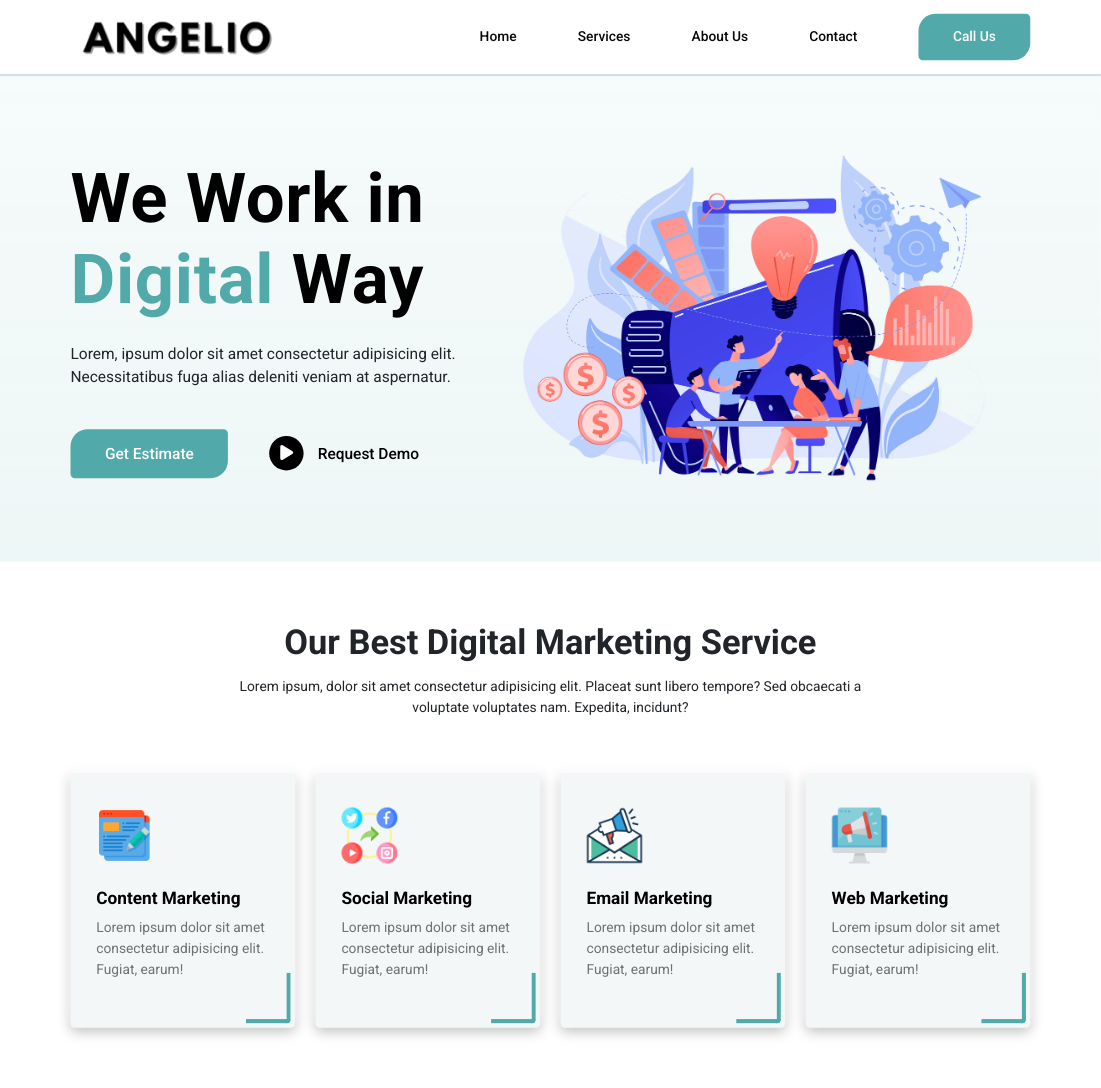
Repository: nazmulalok/landing-page-angelio
Page: index.html
An editor plug-in stored every save of this project. The page is shown before and after the next save, followed by the edit.
The browser window is 1280 px wide. The pictures show the whole page, at 86% of full size.

Above is the page before, as saved 2022-09-11 20:51:28.

### index.html
<!DOCTYPE html>
<html lang="en">

    <head>
        <meta charset="UTF-8">
        <meta http-equiv="X-UA-Compatible" content="IE=edge">
        <meta name="viewport" content="width=device-width, initial-scale=1.0">
        <title>Landing Page</title>
        <link rel="preconnect" href="https://fonts.googleapis.com">
        <link rel="preconnect" href="https://fonts.gstatic.com" crossorigin>
        <link rel="stylesheet" href="https://cdnjs.cloudflare.com/ajax/libs/font-awesome/6.2.0/css/all.min.css"
            integrity="sha512-xh6O/CkQoPOWDdYTDqeRdPCVd1SpvCA9XXcUnZS2FmJNp1coAFzvtCN9BmamE+4aHK8yyUHUSCcJHgXloTyT2A=="
            crossorigin="anonymous" referrerpolicy="no-referrer" />
        <link
            href="https://fonts.googleapis.com/css2?family=Roboto:ital,wght@0,300;0,400;0,500;0,700;0,900;1,300;1,400;1,500;1,700;1,900&display=swap"
            rel="stylesheet">
        <link href="https://cdn.jsdelivr.net/npm/bootstrap@5.2.0/dist/css/bootstrap.min.css" rel="stylesheet"
            integrity="sha384-gH2yIJqKdNHPEq0n4Mqa/HGKIhSkIHeL5AyhkYV8i59U5AR6csBvApHHNl/vI1Bx" crossorigin="anonymous">
        <link rel="stylesheet" href="style.css">
    </head>

    <body>
        <header>
            <nav>
                <div class="container">
                    <div class="row align-items-center">
                        <div class="col-lg-5">
                            <div class="logo">
                                <a href="/"><img src="images/angelio-logo.png" alt="Angelio Logo" width="250"
                                        height="66"></a>
                            </div>
                        </div>
                        <div class="col-lg-7 d-flex justify-content-end">
                            <ul>
                                <li><a href="/">Home</a></li>
                                <li><a href="/services.html">Services</a></li>
                                <li><a href="/about-us.html">About Us</a></li>
                                <li><a href="/contact.html">Contact</a></li>
                                <li class="nav-cta"><a href="tel:000-000-0000">Call Us</a></li>
                            </ul>
                        </div>
                    </div>
                </div>
            </nav>
        </header>
        <section class="sec-padding banner-sec">
            <div class="container">
                <div class="row align-items-center">
                    <div class="col-lg-7 order-lg-last">
                        <img src="images/angelio-digital-marketing.png" alt="">
                    </div>
                    <div class="col-lg-5">
                        <div class="large-heading">We Work in <span class="color-text">Digital</span> Way</div>
                        <p>Lorem, ipsum dolor sit amet consectetur adipisicing elit. Necessitatibus fuga alias deleniti
                            veniam at aspernatur.</p>
                        <div class="d-flex align-items-center mt-5"><a href="/contact-us" class="main-btn me-5">Get
                                Estimate</a>
                            <a href="/contact-us" class="play-btn"><i class="fas fa-play me-3"></i>Request Demo</a>
                        </div>
                    </div>
                </div>
            </div>
        </section>
        <section class="sec-padding">
            <div class="container">
                <div class="row justify-content-center">
                    <div class="col-md-8">
                        <div class="text-center">
                            <h1>
                                Our Best Digital Marketing Service
                            </h1>
                            <p>Lorem ipsum, dolor sit amet consectetur adipisicing elit. Placeat sunt
                                libero
                                tempore? Sed obcaecati a voluptate voluptates nam. Expedita, incidunt?</p>
                        </div>
                    </div>
                </div>
                <div class="row align-items-center mt-5">
                    <div class="col-lg-3">
                        <div class="service-box">
                            <div class="service-icon">
                                <img src="images/content-marketing.png" alt="Content Marketing">
                            </div>
                            <div class="service-content">
                                <a href="#">Content Marketing</a>
                                <p>Lorem ipsum dolor sit amet consectetur adipisicing elit. Fugiat, earum!</p>
                            </div>
                        </div>
                    </div>
                    <div class="col-lg-3">
                        <div class="service-box">
                            <div class="service-icon">
                                <img src="images/social-marketing.png" alt="Social Marketing">
                            </div>
                            <div class="service-content">
                                <a href="#">Social Marketing</a>
                                <p>Lorem ipsum dolor sit amet consectetur adipisicing elit. Fugiat, earum!</p>
                            </div>
                        </div>
                    </div>
                    <div class="col-lg-3">
                        <div class="service-box">
                            <div class="service-icon">
                                <img src="images/email-marketing.png" alt="Email Marketing">
                            </div>
                            <div class="service-content">
                                <a href="#">Email Marketing</a>
                                <p>Lorem ipsum dolor sit amet consectetur adipisicing elit. Fugiat, earum!</p>
                            </div>
                        </div>
                    </div>
                    <div class="col-lg-3">
                        <div class="service-box">
                            <div class="service-icon">
                                <img src="images/web-marketing.png" alt="Web Marketing">
                            </div>
                            <div class="service-content">
                                <a href="#">Web Marketing</a>
                                <p>Lorem ipsum dolor sit amet consectetur adipisicing elit. Fugiat, earum!</p>
                            </div>
                        </div>
                    </div>
                </div>
            </div>
        </section>


        <script src="https://cdn.jsdelivr.net/npm/bootstrap@5.2.0/dist/js/bootstrap.bundle.min.js"
            integrity="sha384-A3rJD856KowSb7dwlZdYEkO39Gagi7vIsF0jrRAoQmDKKtQBHUuLZ9AsSv4jD4Xa"
            crossorigin="anonymous"></script>
    </body>

</html>

### style.css
:root {
    --primary-color: #52a9a9;
    --secondary-color: #000000;
    --main-font: 'Roboto', sans-serif;
}

body {
    font-family: var(--main-font);
}

nav {
    padding: 10px 0px;
    box-shadow: 0 1px 1px 1px #14477e2b;
}

nav ul {
    list-style-type: none;
    display: flex;
    justify-content: flex-end;
    margin: 0;
    padding: 0;
    align-items: center;
    gap: 20%;
    white-space: nowrap;
}

nav ul li a {
    color: #080808;
    text-decoration: none;
    display: block;
    position: relative;
    font-weight: 500;
}

nav ul li a:hover {
    color: #52a9a9;
}

li.nav-cta a {
    background: #008080ad;
    padding: 15px 40px;
    color: #fff;
    border-radius: 20px 5px;
    transition: all 0.3s ease;
}

li.nav-cta a:hover {
    background: #000;
    color: #fff;
    border-radius: 5px 20px;
    transition: all 0.3s ease;
}

li.nav-cta a:before {
    content: "";
    width: 0%;
    height: 0px;
    position: absolute;
    left: 0;
    bottom: 0;
    transition: none;
    transform: none;
    background: none;
    transform-origin: 0%;
}

li.nav-cta a:hover:before {
    transform: none;
    transform-origin: 0%;
}

nav ul li a:before {
    content: "";
    width: 100%;
    height: 2px;
    position: absolute;
    left: 0;
    bottom: 0;
    transition: 0.4s transform ease;
    transform: scale3d(0, 1, 1);
    background: #52a9a9;
    transform-origin: 100% 50%;
}

nav ul li a:hover::before {
    transform: scale3d(1, 1, 1);
    transform-origin: 0 50%;
}

.sec-padding {
    padding: 70px 0px;
}

.banner-sec {
    background-image: linear-gradient(rgb(82 169 169 / 5%), rgb(82 169 169 / 10%));
    background-size: cover;
    background-position: center;
}

.banner-sec img {
    width: 100%;
}

.large-heading {
    font-size: 80px;
    color: #000;
    font-weight: 600;
    letter-spacing: 0.8px;
    line-height: normal;
    margin-bottom: 25px;
}

.banner-sec p {
    font-size: 18px;
}

.color-text {
    color: var(--primary-color);
}

a.main-btn {
    color: #fff;
    background: #52a9a9;
    padding: 15px 40px;
    font-weight: 500;
    font-size: 18px;
    text-decoration: none;
    border-radius: 20px 5px;
    transition: all 0.3s ease;
}

a.main-btn:hover {
    background: #000;
    color: #fff;
    border-radius: 5px 20px;
    transition: all 0.3s ease;
}

a.play-btn {
    display: inline-flex;
    align-items: center;
    justify-content: center;
    color: #000;
    text-decoration: none;
    font-weight: 500;
    font-size: 18px;
}

.play-btn .fa-play {
    width: 40px;
    height: 40px;
    color: #fff;
    font-size: 20px;
    background: #000;
    display: inline-flex;
    align-items: center;
    justify-content: center;
    border-radius: 50%;
    transition: all 0.3s ease;
}

.play-btn:hover i {
    background: var(--primary-color);
}

/* Headings */

h1,
h2,
h3,
h4,
h5,
h6 {
    margin-bottom: 1rem;
    font-weight: 700;
}

/* Service Box */

.service-box {
    position: relative;
    background: rgb(197 214 214 / 20%);
    padding: 40px 30px;
    box-shadow: 0px -6px 10px white, 0px 4px 15px rgb(0 0 0 / 27%);
    border-radius: 5px;
}

.service-box:after {
    position: absolute;
    content: "";
    height: 20%;
    width: 20%;
    bottom: 5px;
    right: 5px;
    border-bottom-right-radius: 5px;
    border-bottom: 5px solid var(--primary-color);
    border-right: 5px solid var(--primary-color);
    transition: all 1s ease;
}

.service-box:hover:after {
    height: 30%;
    width: 30%;
    bottom: 5px;
    right: 5px;
    border-bottom-right-radius: 5px;
    border-bottom: 5px solid var(--primary-color);
    border-right: 5px solid var(--primary-color);
    transition: all 1s ease;
}

.service-box .service-icon {
    width: 80px;
    height: 80px;
    margin-bottom: 10px;
}

.service-box .service-icon img {
    width: 65px;
}

.service-box .service-content a {
    display: inline-block;
    color: #000;
    font-size: 20px;
    font-weight: 600;
    text-decoration: none;
    margin-bottom: 8px;
}

.service-box:hover .service-content a {
    color: var(--primary-color);
}

.service-box .service-content p {
    color: #575757d6;
}

After the next save:
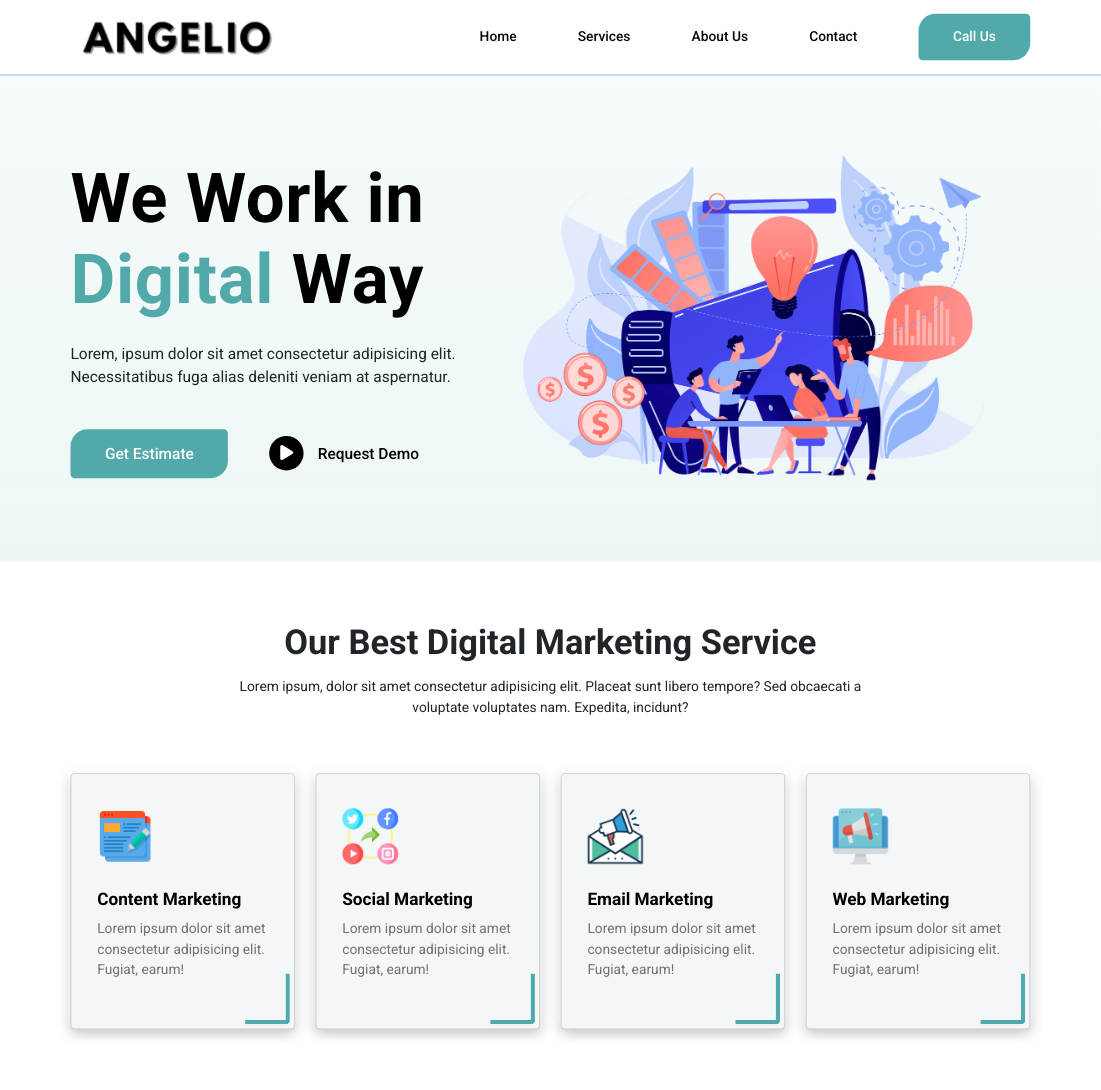
Saved 26 min 26 s later.
--- a/style.css
+++ b/style.css
@@ -182,6 +182,7 @@ h6 {
     background: rgb(197 214 214 / 20%);
     padding: 40px 30px;
     box-shadow: 0px -6px 10px white, 0px 4px 15px rgb(0 0 0 / 27%);
+    border: 1px solid #00000030;
     border-radius: 5px;
 }
 
